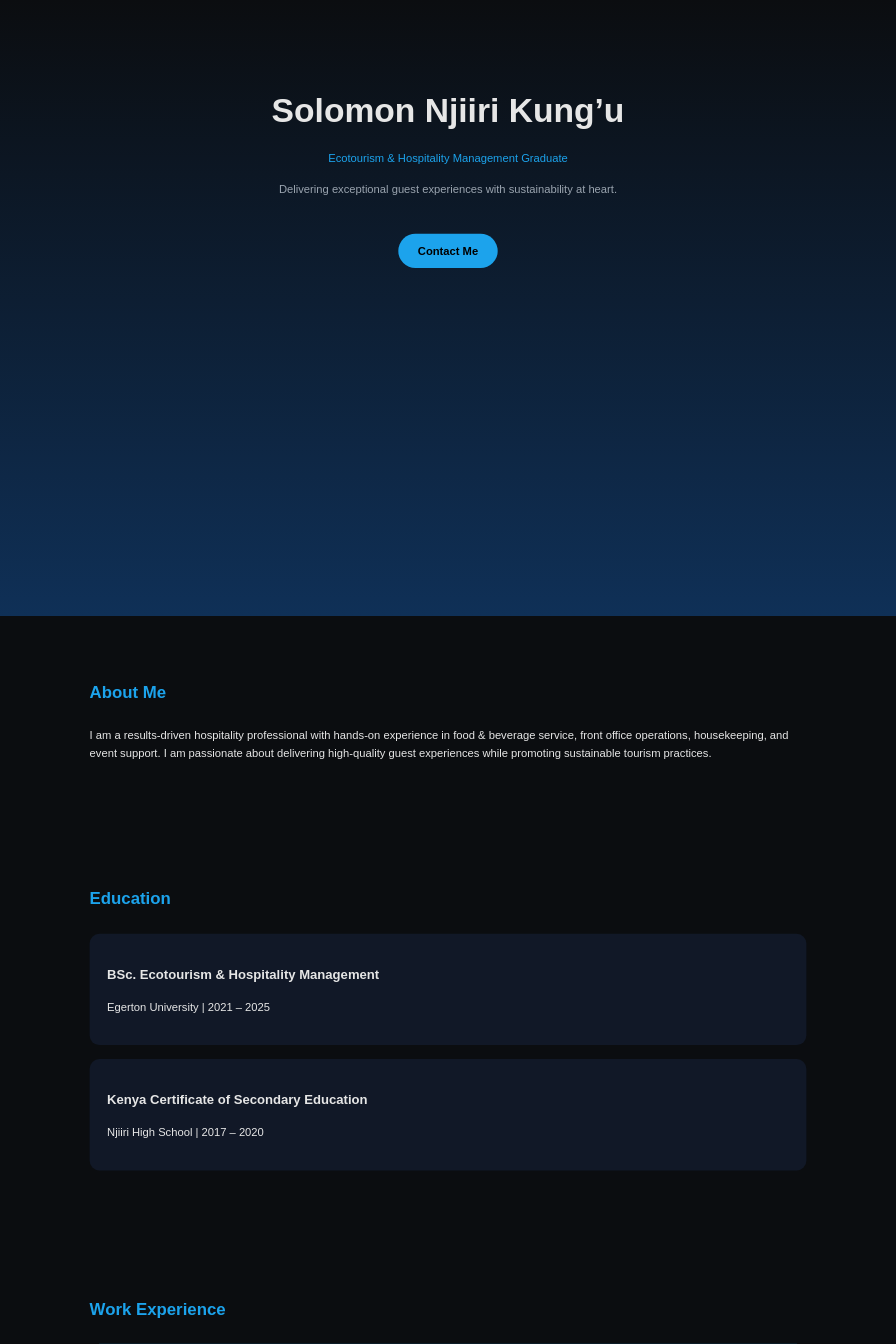
Repository: ladygit-comits/Solomon_Portfolio
Page: index.html
The author's editor kept a copy of each file at every save. The page is drawn from the files as they stood at one save, then again after the next save.
The browser window is 1280 px wide. The pictures show the part of the page from y = 0 to 1920 px (the page is 3940 px tall before and 3991 px after), at 70% of full size.

Above is the page before, as saved 2025-12-31 13:07:06.

### index.html
<!DOCTYPE html>
<html lang="en">
<head>
  <meta charset="UTF-8">
  <title>Solomon Njiiri Kung’u | Hospitality Management</title>
  <link rel="stylesheet" href="style.css">
</head>
<body>

  <!-- HERO -->
  <section class="hero">
    <h1>Solomon Njiiri Kung’u</h1>
    <p class="subtitle">Ecotourism & Hospitality Management Graduate</p>
    <p class="tagline">
      Delivering exceptional guest experiences with sustainability at heart.
    </p>
    <a href="#contact" class="btn">Contact Me</a>
  </section>

  <!-- ABOUT -->
  <section class="section">
    <h2>About Me</h2>
    <p>
      I am a results-driven hospitality professional with hands-on experience in
      food & beverage service, front office operations, housekeeping, and event support.
      I am passionate about delivering high-quality guest experiences while promoting
      sustainable tourism practices.
    </p>
  </section>

  <!-- EDUCATION -->
  <section class="section">
    <h2>Education</h2>
    <div class="card">
      <h3>BSc. Ecotourism & Hospitality Management</h3>
      <p>Egerton University | 2021 – 2025</p>
    </div>
    <div class="card">
      <h3>Kenya Certificate of Secondary Education</h3>
      <p>Njiiri High School | 2017 – 2020</p>
    </div>
  </section>

  <!-- EXPERIENCE -->
  <section class="section">
    <h2>Work Experience</h2>

    <div class="card highlight">
      <h3>Waiter – Radisson Blu Hotel</h3>
      <p>August 2025</p>
      <ul>
        <li>Delivered high-quality customer service in a fast-paced luxury hotel.</li>
        <li>Supported international events hosted by the World Bank, IMF, and University of Antwerp.</li>
        <li>Provided professional service to international delegates.</li>
      </ul>
    </div>

    <div class="card">
      <h3>Waiter – Shuhan Hotel, Thika</h3>
      <p>February 2025</p>
      <ul>
        <li>Provided excellent customer service.</li>
        <li>Assisted in housekeeping and hygiene maintenance.</li>
      </ul>
    </div>

    <div class="card">
      <h3>Intern – Hotel Operations</h3>
      <p>May 2024 – August 2024</p>
      <ul>
        <li>Housekeeping & guestroom standards.</li>
        <li>Front office check-ins and reservations.</li>
        <li>Kitchen stewarding and hygiene.</li>
        <li>Food & beverage service.</li>
      </ul>
    </div>
  </section>

  <!-- SKILLS -->
  <section class="section">
    <h2>Key Skills</h2>
    <div class="skills">
      <span>Customer Service</span>
      <span>Food & Beverage Service</span>
      <span>Front Office Operations</span>
      <span>Housekeeping Standards</span>
      <span>Event Support</span>
      <span>Sustainable Tourism</span>
    </div>
  </section>

  <!-- VOLUNTEERING -->
  <section class="section">
    <h2>Volunteering</h2>
    <div class="card">
      <h3>Volunteer – KSPCA (Dogtober Festival)</h3>
      <p>October 2024</p>
      <ul>
        <li>Welcomed guests and provided event guidance.</li>
        <li>Assisted with pet handling and guest engagement.</li>
      </ul>
    </div>
  </section>

  <!-- CONTACT -->
  <section class="section contact" id="contact">
    <h2>Contact</h2>
    <p>Email: <a href="mailto:kungunjiiri@gmail.com">kungunjiiri@gmail.com</a></p>
    <p>Phone: 0112619291</p>
  </section>
<script src="script.js"></script>
</body>
</html>

### style.css
:root {
  --black: #0B0D10;
  --dark-blue: #0F3057;
  --accent-blue: #1CA3EC;
  --text-light: #E6E6E6;
  --muted-gray: #9AA4AF;
}

body {
  margin: 0;
  font-family: "Poppins", sans-serif;
  background: var(--black);
  color: var(--text-light);
  line-height: 1.6;
}

.hero {
  min-height: 100vh;
  padding: 80px 20px;
  text-align: center;
  background: linear-gradient(180deg, #0B0D10, #0F3057);
}

.hero h1 {
  font-size: 3rem;
  margin-bottom: 10px;
}

.subtitle {
  color: var(--accent-blue);
  font-weight: 500;
}

.tagline {
  max-width: 600px;
  margin: 20px auto;
  color: var(--muted-gray);
}

.btn {
  display: inline-block;
  margin-top: 30px;
  padding: 12px 28px;
  background: var(--accent-blue);
  color: #000;
  text-decoration: none;
  border-radius: 30px;
  font-weight: 600;
}

.section {
  padding: 70px 10%;
}

.section h2 {
  color: var(--accent-blue);
  margin-bottom: 30px;
}

.card {
  background: #111827;
  padding: 25px;
  border-radius: 14px;
  margin-bottom: 20px;
}

.card.highlight {
  border: 1px solid var(--accent-blue);
}

.skills span {
  display: inline-block;
  background: #1f2933;
  padding: 10px 16px;
  margin: 8px;
  border-radius: 20px;
  font-size: 0.9rem;
}

.contact a {
  color: var(--accent-blue);
  text-decoration: none;
}
.hero h1, .subtitle, .tagline, .btn {
  transform: translateY(20px);
  opacity: 0;
}

.card {
  transition: transform 0.3s ease, box-shadow 0.3s ease;
}

.btn:hover {
  box-shadow: 0 0 20px var(--accent-blue), 0 0 40px var(--accent-blue);
  transform: translateY(-3px);
}

### script.js
// script.js
document.addEventListener('DOMContentLoaded', function() {
  // HERO fade-in
  const heroElements = document.querySelectorAll('.hero h1, .subtitle, .tagline, .btn');
  heroElements.forEach((el, i) => {
    el.style.opacity = 0;
    setTimeout(() => {
      el.style.transition = 'opacity 1s ease-out, transform 1s ease-out';
      el.style.opacity = 1;
      el.style.transform = 'translateY(0)';
    }, i * 300);
  });

  // Card hover effect
  const cards = document.querySelectorAll('.card');
  cards.forEach(card => {
    card.addEventListener('mouseenter', () => {
      card.style.transform = 'translateY(-10px)';
      card.style.boxShadow = '0 15px 30px rgba(28,163,236,0.3)';
    });
    card.addEventListener('mouseleave', () => {
      card.style.transform = 'translateY(0)';
      card.style.boxShadow = 'none';
    });
  });

  // Smooth scroll for CTA and contact links
  const links = document.querySelectorAll('a[href^="#"]');
  links.forEach(link => {
    link.addEventListener('click', function(e) {
      e.preventDefault();
      document.querySelector(this.getAttribute('href')).scrollIntoView({
        behavior: 'smooth'
      });
    });
  });
});

After the next save:
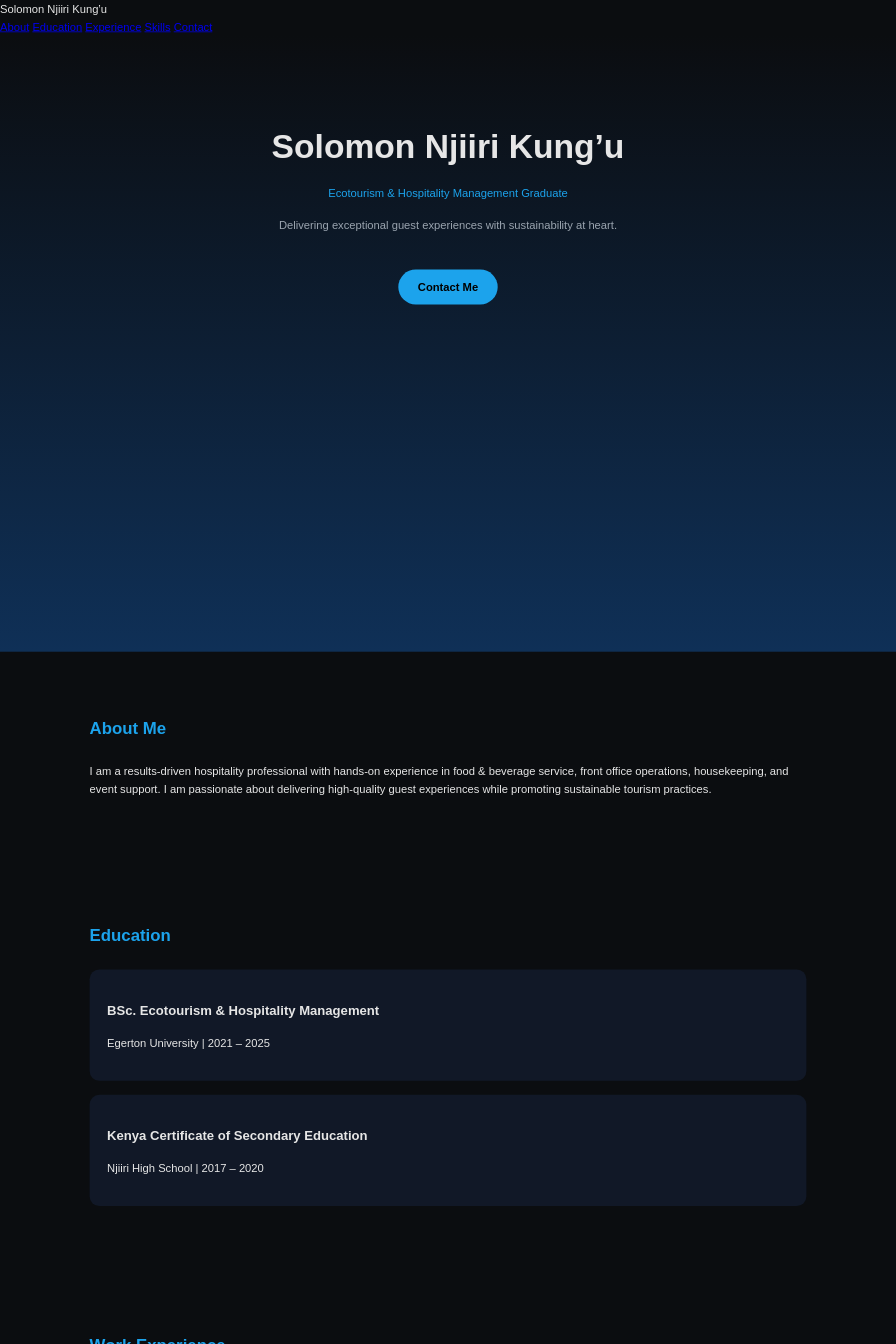
Saved 3 min 22 s later.
--- a/index.html
+++ b/index.html
@@ -6,6 +6,17 @@
   <link rel="stylesheet" href="style.css">
 </head>
 <body>
+<!-- NAVBAR -->
+<header class="navbar">
+  <div class="logo">Solomon Njiiri Kung’u</div>
+  <nav>
+    <a href="#about">About</a>
+    <a href="#education">Education</a>
+    <a href="#experience">Experience</a>
+    <a href="#skills">Skills</a>
+    <a href="#contact">Contact</a>
+  </nav>
+</header>
 
   <!-- HERO -->
   <section class="hero">
